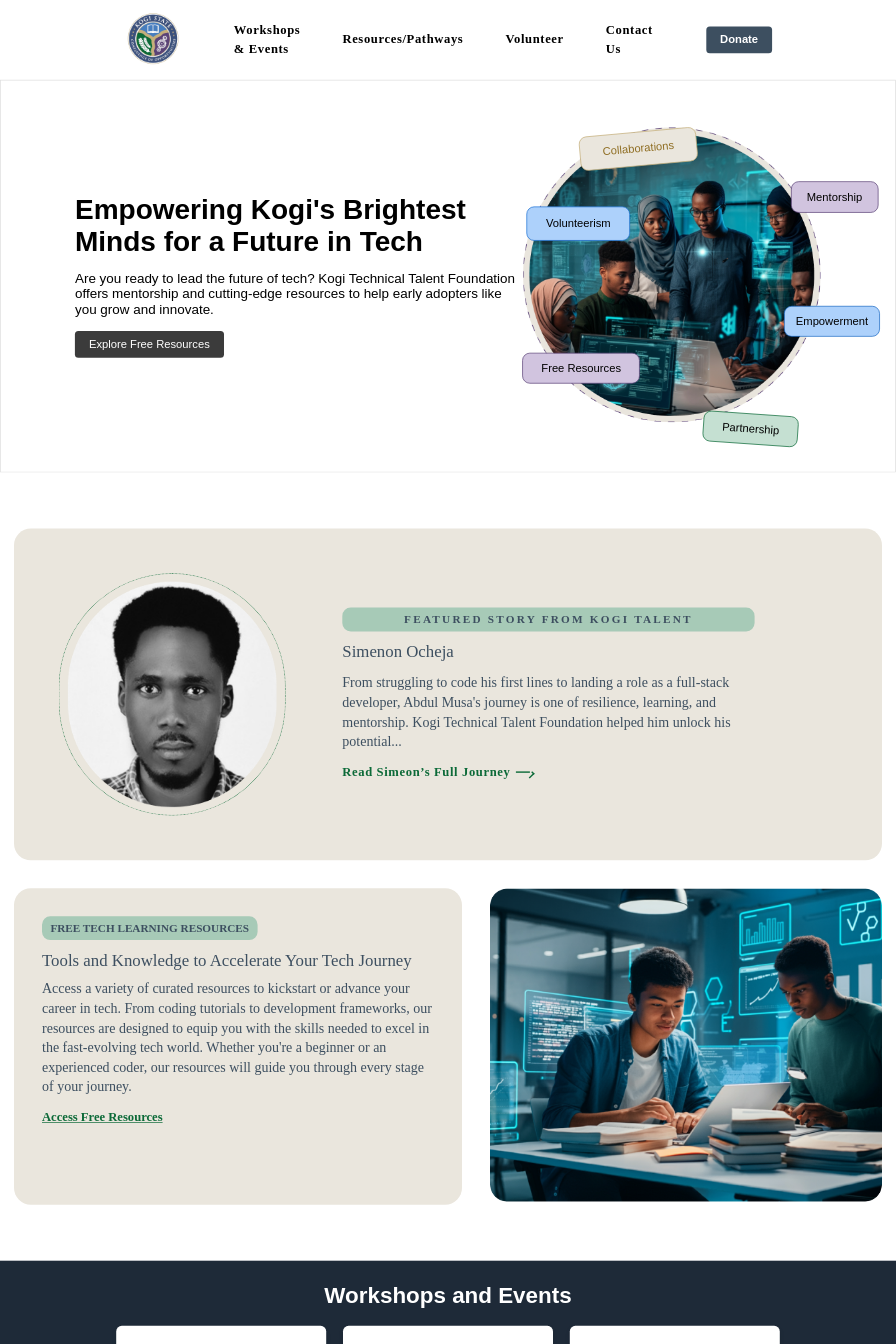
Repository: Cryptim/3MTT-Kogi-Foundation
Page: index.html
An editor plug-in stored every save of this project. The page is shown before and after the next save, followed by the edit.
The browser window is 1280 px wide. The pictures show the part of the page from y = 0 to 1920 px (the page is 3494 px tall before and 3547 px after), at 70% of full size.

Above is the page before, as saved 2024-11-04 02:59:24.

After the next save:
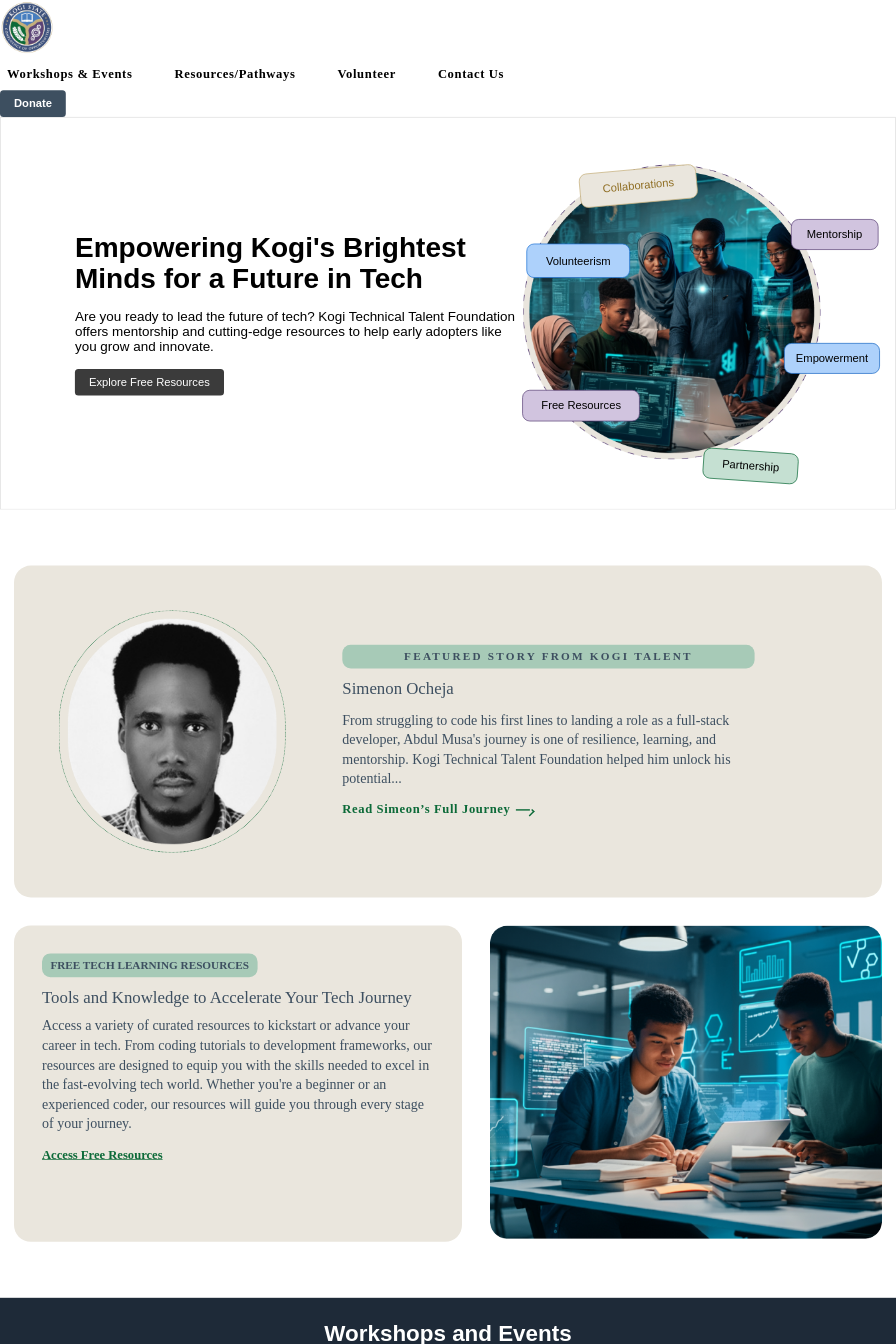
Saved 74 s later.
--- a/stlyes/style.css
+++ b/stlyes/style.css
@@ -9,16 +9,18 @@
 }
 
 .header {
-  width: 100%;
-  height: 100%;
-  padding-left: 180px;
-  padding-right: 180px;
-  padding-top: 16px;
-  padding-bottom: 16px;
-  justify-content: flex-start;
-  align-items: center;
-  gap: 66px;
-  display: inline-flex;
+  width: 1512;
+  padding-left: 180;
+  padding-right: 180;
+  padding-top: 16;
+  padding-bottom: 16;
+  left: 0;
+  top: 0;
+  position: "absolute";
+  justify-content: "flex-start";
+  align-items: "center";
+  gap: 66;
+  display: "inline-flex";
 }
 
 .logo img {
